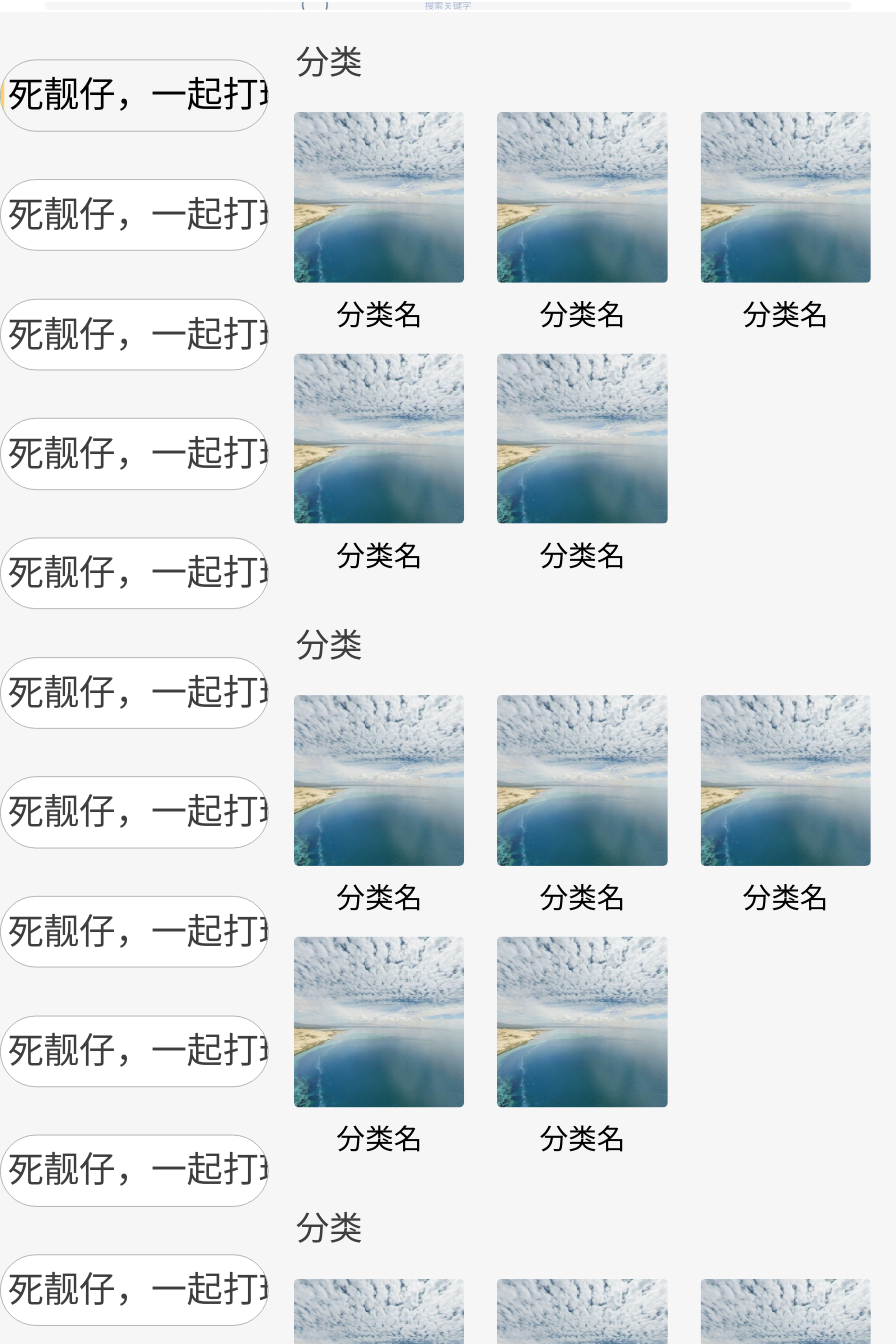
Repository: 421538074/sell
Page: consumer/goods-classify.html
These files come from the project's save history. The page is drawn as it stood at one moment and after the next save; the edit follows.
The browser window is 1280 px wide. The pictures show the part of the page from y = 0 to 1920 px (the page is 4259 px tall before and 4293 px after), at 70% of full size.

Above is the page before, as saved 2019-05-30 09:03:49.

After the next save:
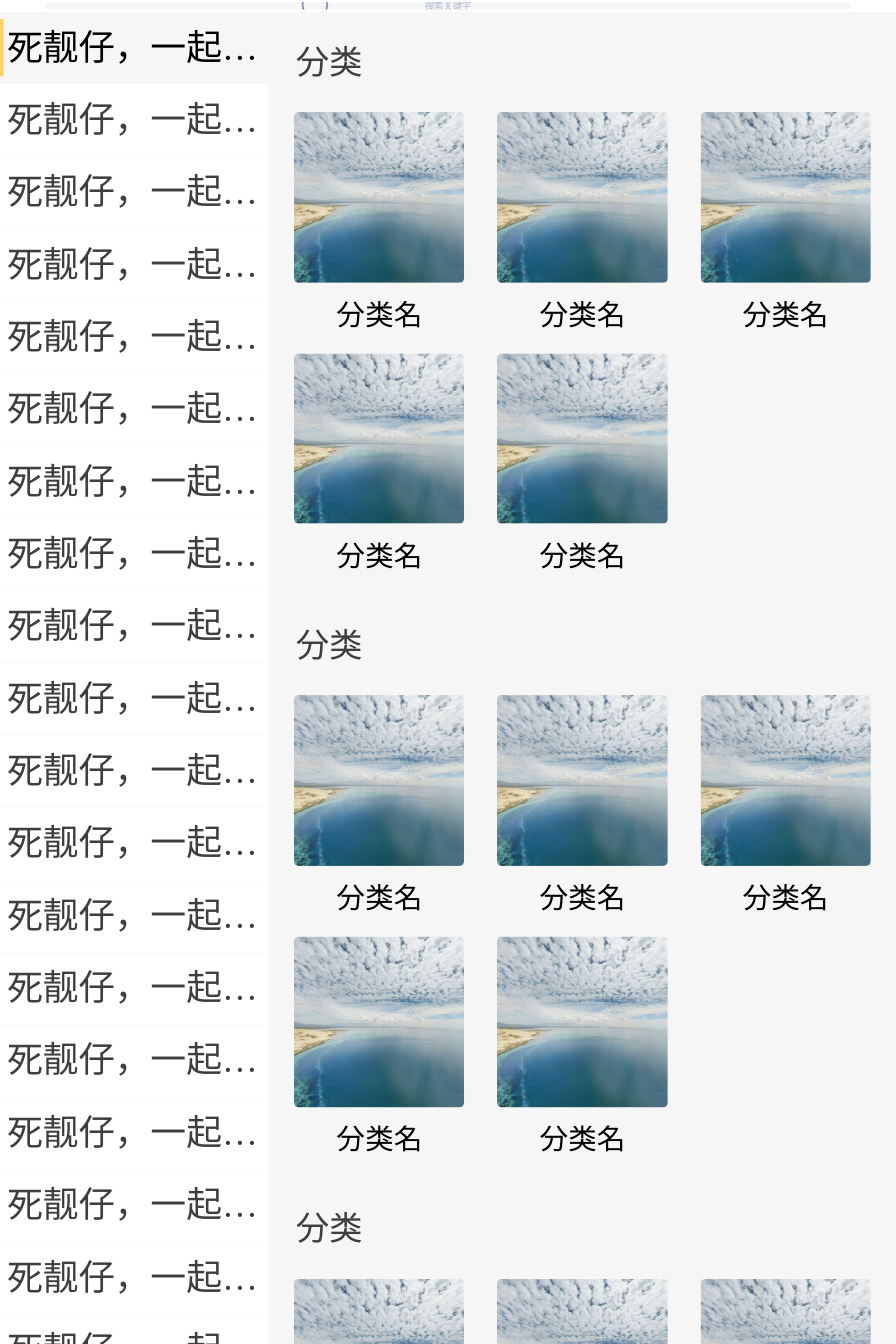
Saved 54 s later.
--- a/consumer/goods-classify.html
+++ b/consumer/goods-classify.html
@@ -7,7 +7,7 @@
     <meta http-equiv="X-UA-Compatible" content="ie=edge">
     <title>商品分类</title>
     <link rel="stylesheet" href="../css/base.css">
-    <link rel="stylesheet" href="css/regsiter.css">
+    <link rel="stylesheet" href="css/common.css">
     <link rel="stylesheet" href="css/goods-classify.css">
 </head>
 
